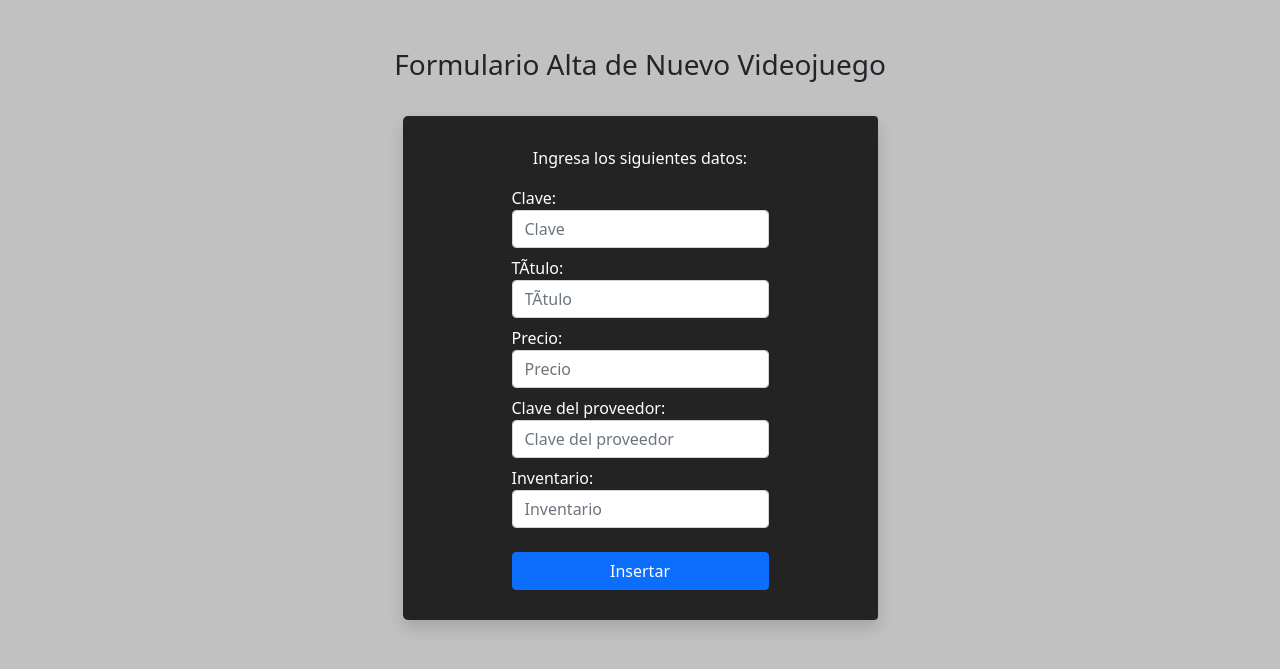
Repository: Jatziri16/JavaEE
Page: http://localhost/TiendaVideojuegos/FormularioInsertarVideojuego.jsp
An editor plug-in stored every save of this project. The page is shown before and after the next save, followed by the edit.
The browser window is 1280 px wide. The pictures show the whole page.
The page is served by Tomcat 9.

Above is the page before, as saved 2023-12-06 22:27:06.

After the next save:
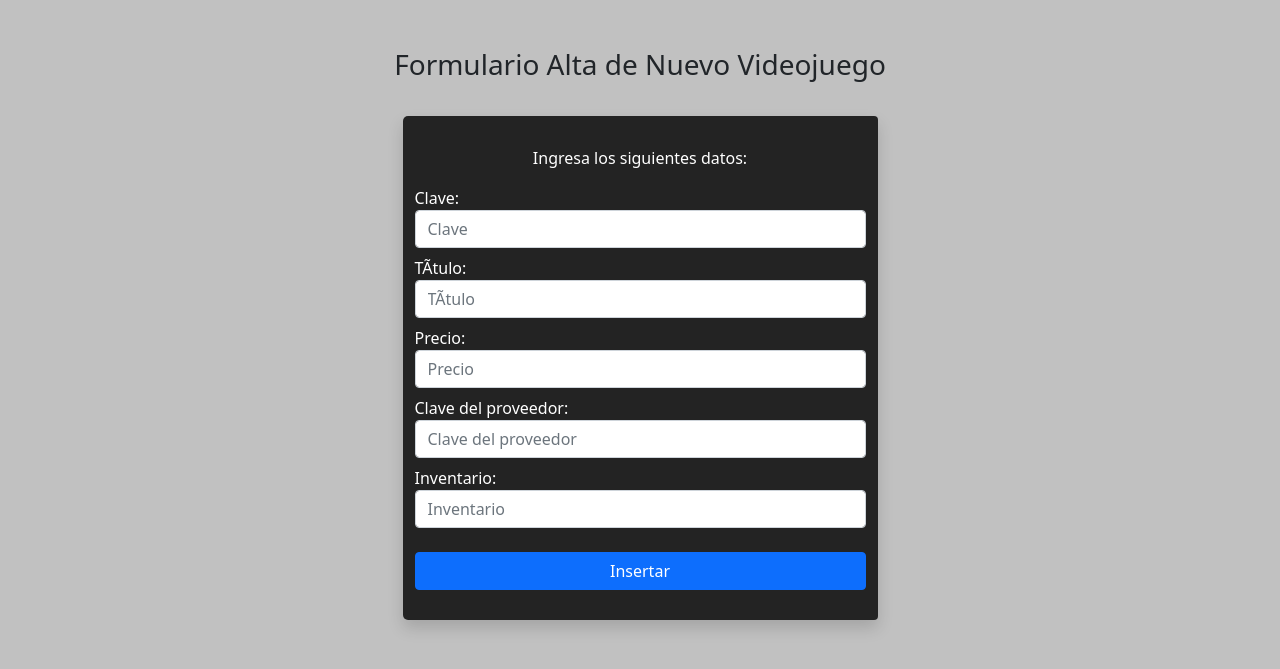
Saved 4 min 49 s later.
--- a/TiendaVideojuegos/src/main/webapp/FormularioInsertarVideojuego.jsp
+++ b/TiendaVideojuegos/src/main/webapp/FormularioInsertarVideojuego.jsp
@@ -18,7 +18,7 @@
 						<p class="text-center">Ingresa los siguientes datos:</p>
 						<div class="centrar">
 							<!-- FORM -->
-							<form action="InsertarVideojuego.do" method="GET">
+							<form action="InsertarVideojuego.do" method="GET" class="w-100">
 								<label for="clave">Clave:</label>
 								<input class="form-control mb-2" type="text" placeholder="Clave" name="cve" id="clave">
 

After the 2 saves that followed:
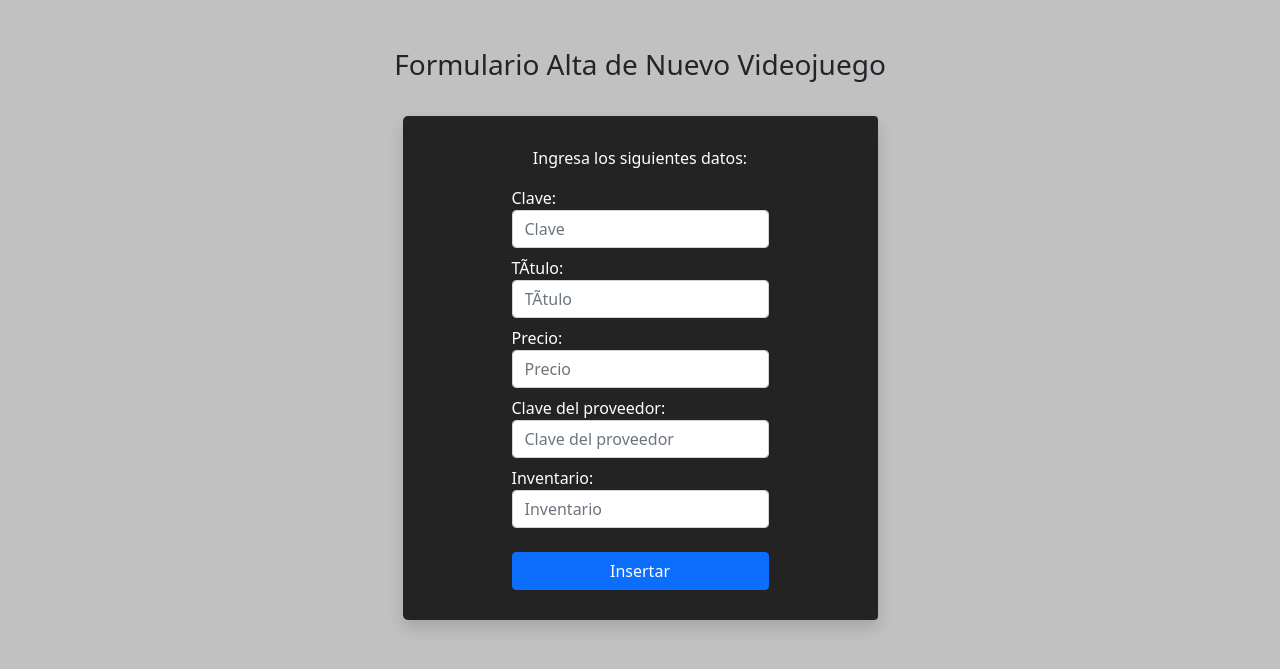
The 2 saves are shown as one change because 1 left the picture as it was.
The last was saved 57 s later.
--- a/TiendaVideojuegos/src/main/webapp/FormularioInsertarVideojuego.jsp
+++ b/TiendaVideojuegos/src/main/webapp/FormularioInsertarVideojuego.jsp
@@ -6,7 +6,7 @@
 		<title>Formulario Alta Videojuego</title>
 		<link rel=stylesheet href="css/style.css" type="text/css">
 		<!-- Bootstrap -->
-	 		<link href="https://cdn.jsdelivr.net/npm/bootstrap@5.1.3/dist/css/bootstrap.min.css" rel="stylesheet" integrity="sha384-1BmE4kWBq78iYhFldvKuhfTAU6auU8tT94WrHftjDbrCEXSU1oBoqyl2QvZ6jIW3" crossorigin="anonymous">
+	 	<link href="https://cdn.jsdelivr.net/npm/bootstrap@5.1.3/dist/css/bootstrap.min.css" rel="stylesheet" integrity="sha384-1BmE4kWBq78iYhFldvKuhfTAU6auU8tT94WrHftjDbrCEXSU1oBoqyl2QvZ6jIW3" crossorigin="anonymous">
 		<script type="text/javascript" src="js/validaciones_vid.js"></script>
 	</head>
 	<body style='background-color: rgba(50, 50, 50, 0.3);'>
@@ -18,7 +18,7 @@
 						<p class="text-center">Ingresa los siguientes datos:</p>
 						<div class="centrar">
 							<!-- FORM -->
-							<form action="InsertarVideojuego.do" method="GET" class="w-100">
+							<form action="InsertarVideojuego.do" method="GET">
 								<label for="clave">Clave:</label>
 								<input class="form-control mb-2" type="text" placeholder="Clave" name="cve" id="clave">
 
